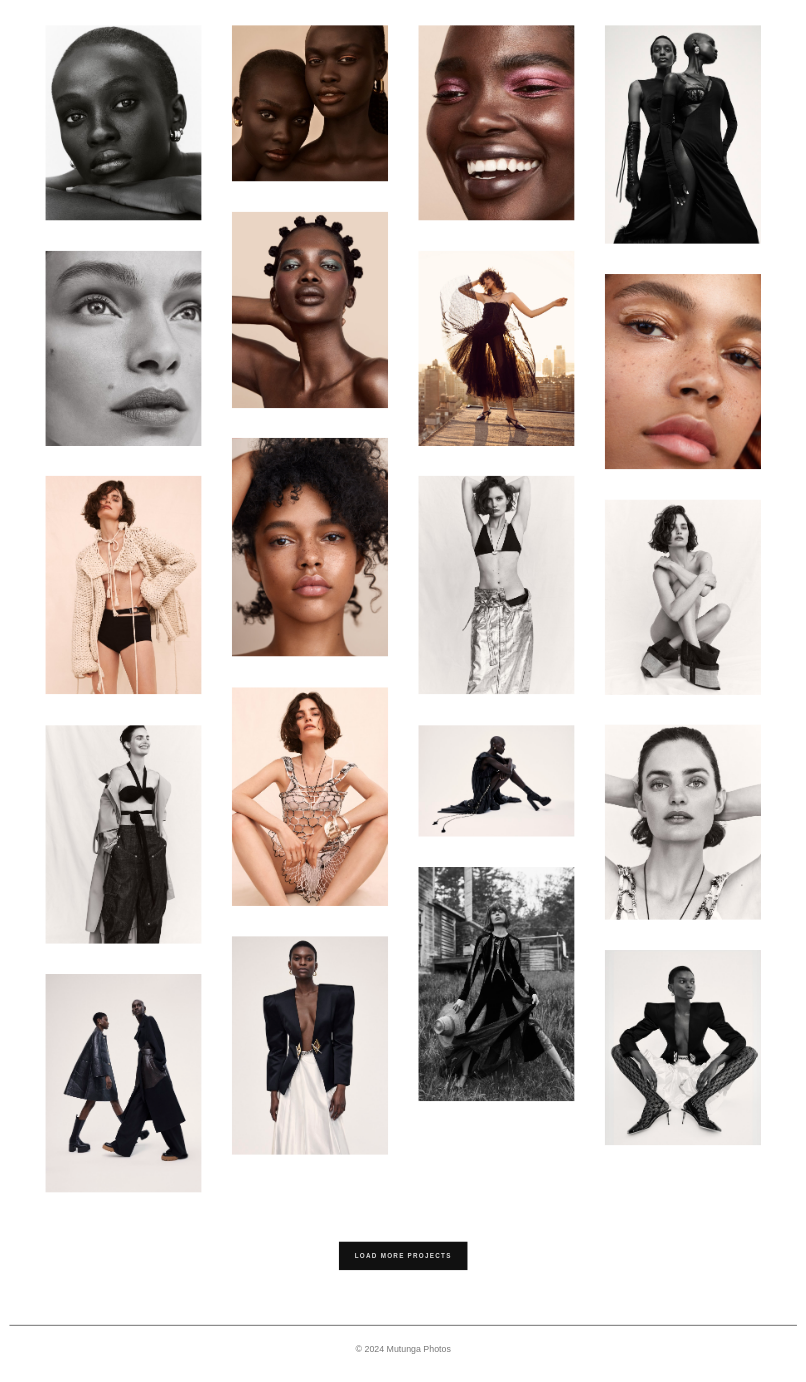
Repository: Jonar254/mutunga-concept-01
Page: index.html
The author's editor kept a copy of each file at every save. The page is drawn from the files as they stood at one save, then again after the next save.
The browser window is 1280 px wide. The pictures show the whole page, at 63% of full size.
Some web fonts or font styles are not loaded; a fallback is used.

Above is the page before, as saved 2024-07-02 19:08:06.

### index.html
<!doctype html>
<!--[if lt IE 7]>      <html class="no-js lt-ie9 lt-ie8 lt-ie7" lang=""> <![endif]-->
<!--[if IE 7]>         <html class="no-js lt-ie9 lt-ie8" lang=""> <![endif]-->
<!--[if IE 8]>         <html class="no-js lt-ie9" lang=""> <![endif]-->
<!--[if gt IE 8]><!--> <html class="no-js" lang="en"> <!--<![endif]-->


<head>
        <meta charset="utf-8">
        <meta name="viewport" content="width=device-width, initial-scale=1">
		<meta name="description" content="">
        <meta name="author" content="IconicThemes">

        <title>Mutunga Photos || Index</title>

		<link rel="shortcut icon" type="image/x-icon" href="img/favicon.png">

        <!-- Font Awesome Icons CSS -->
        <link rel="stylesheet" href="css/font-awesome.min.css">
        <!-- Themify Icons CSS -->
        <link rel="stylesheet" href="css/themify-icons.css">
        <!-- Elegant Font Icons CSS -->
        <link rel="stylesheet" href="css/elegant-font-icons.css">
        <!-- Elegant Line Icons CSS -->
        <link rel="stylesheet" href="css/elegant-line-icons.css">
		<!-- Bootstrap CSS -->
        <link rel="stylesheet" href="css/bootstrap.min.css">
        <!-- CSS Animation -->
        <link rel="stylesheet" href="css/animate.min.css">
		<!-- Venobox CSS -->
        <link rel="stylesheet" href="css/venobox/venobox.css">
		<!-- OWL-Carousel CSS -->
        <link rel="stylesheet" href="css/owl.carousel.css">
        <!-- Slick Nav CSS -->
        <link rel="stylesheet" href="css/slicknav.min.css">
		<!-- Main CSS -->
        <link rel="stylesheet" href="css/main.css">
		<!-- Responsive CSS -->
        <link rel="stylesheet" href="css/responsive.css">

        <script src="js/vendor/modernizr-2.8.3-respond-1.4.2.min.js"></script>
    </head>
    <body>
        <!--[if lt IE 8]>
            <p class="browserupgrade">You are using an <strong>outdated</strong> browser. Please <a href="http://browsehappy.com/">upgrade your browser</a> to improve your experience.</p>
        <![endif]-->

        <div class="site-preloader-wrap">
            <div class="spinner"></div>
        </div><!-- Preloader -->

        <header id="header" class="header-section">
            <div class="container-fluid">
                <div class="row d-flex flex-column align-items-center">
                    <div class="col-12 text-center pt-lg-4">
                        <div class="site-branding">
                            <a href="#"><!--<h2 class="site-title fw-bold"> <span>MUTUNGA</span> <span>PHOTOS</span></h2></a>
                        </div>
                    </div>
                    <div class="col-12 text-center">
                        <ul id="mainmenu" class="nav navbar-nav nav-menu">
                            <li class="nav-item active"><a href="index.html" class="nav-link">Home</a></li>
                            <li class="nav-item"><a href="about.html" class="nav-link">About</a></li>
                            <li class="nav-item"><a href="services.html" class="nav-link">Services</a></li>
                            <li class="nav-item"><a href="portfolio.html" class="nav-link">Portfolio</a></li>

                             <li class="nav-item"><a href="blog.html" class="nav-link">Blog</a>
                                <ul class="submenu">
                                    <li class="nav-item"><a href="blog-single.html" class="nav-link">Blog Single</a></li>
                                </ul>
                            </li>
                            <li class="nav-item"><a href="contact.html" class="nav-link">Contact</a></li>
                        </ul>
                    </div>
                </div>
            </div>
        </header>


       <!--<div class="header-height"></div>-->



        <section class="portfolio-section padding">
        <div class="container-fluid px-lg-5">
            <!-- <div class="row">
                 <ul class="portfolio-filter text-center mb-30">
                     <li class="active" data-filter="*">All</li>
                     <li data-filter=".branding">Branding</li>
                     <li data-filter=".design">Design</li>
                     <li data-filter=".wordpress">Wordpress</li>
                     <li data-filter=".marketing">Marketing</li>
                 </ul> /.Work filter
             </div> -->
             <div class="row portfolio-items">
                 <div class="col-lg-3 col-md-4 col-sm-6 mb-5 px-4 single-item branding design">
                     <div class="portfolio-box">
                         <img src="img/lara (1).jpeg" alt="img">
                         <div class="portfolio-inner">
                             <div class="portfolio-content">
                                 <h3><a href="portfolio-single.html">1</a></h3>
                                 <span>Branding</span>
                             </div>
                         </div>
                     </div>
                 </div><!-- /Portfolio-1 -->
                 <div class="col-lg-3 col-md-4 col-sm-6 mb-5 px-4 single-item design wordpress">
                     <div class="portfolio-box">
                         <img src="img/lara (2).jpeg" alt="img">
                         <div class="portfolio-inner">
                             <div class="portfolio-content">
                                 <h3><a href="portfolio-single.html">2</a></h3>
                                 <span>Design</span>
                             </div>
                         </div>
                     </div>
                 </div><!-- /Portfolio-2 -->
                 <div class="col-lg-3 col-md-4 col-sm-6 mb-5 px-4 single-item wordpress marketing">
                     <div class="portfolio-box">
                         <img src="img/lara (3).jpeg" alt="img">
                         <div class="portfolio-inner">
                             <div class="portfolio-content">
                                 <h3><a href="portfolio-single.html">3</a></h3>
                                 <span>Web Design</span>
                             </div>
                         </div>
                     </div>
                 </div><!-- /Portfolio-3 -->
                 <div class="col-lg-3 col-md-4 col-sm-6 mb-5 px-4 single-item branding marketing">
                     <div class="portfolio-box">
                         <img src="img/lara (17).jpg" alt="img">
                         <div class="portfolio-inner">
                             <div class="portfolio-content">
                                 <h3><a href="portfolio-single.html">4</a></h3>
                                 <span>Website</span>
                             </div>
                         </div>
                     </div>
                 </div><!-- /Portfolio-4 -->
                 <div class="col-lg-3 col-md-4 col-sm-6 mb-5 px-4 single-item design branding">
                     <div class="portfolio-box">
                         <img src="img/lara (5).jpeg" alt="img">
                         <div class="portfolio-inner">
                             <div class="portfolio-content">
                                 <h3><a href="portfolio-single.html">5</a></h3>
                                 <span>Design</span>
                             </div>
                         </div>
                     </div>
                 </div><!-- /Portfolio-5 -->
                 <div class="col-lg-3 col-md-4 col-sm-6 mb-5 px-4 single-item wordpress design">
                     <div class="portfolio-box">
                         <img src="img/lara (6).jpeg" alt="img">
                         <div class="portfolio-inner">
                             <div class="portfolio-content">
                                 <h3><a href="portfolio-single.html">6</a></h3>
                                 <span>Branding</span>
                             </div>
                         </div>
                     </div>
                 </div><!-- /Portfolio-6 -->
                 <div class="col-lg-3 col-md-4 col-sm-6 mb-5 px-4 single-item branding wordpress">
                     <div class="portfolio-box">
                         <img src="img/lara (7).jpeg" alt="img">
                         <div class="portfolio-inner">
                             <div class="portfolio-content">
                                 <h3><a href="portfolio-single.html">7</a></h3>
                                 <span>Website</span>
                             </div>
                         </div>
                     </div>
                 </div><!-- /Portfolio-7 -->
                 <div class="col-lg-3 col-md-4 col-sm-6 mb-5 px-4 single-item design marketing">
                     <div class="portfolio-box">
                         <img src="img/lara (8).jpg" alt="img">
                         <div class="portfolio-inner">
                             <div class="portfolio-content">
                                 <h3><a href="portfolio-single.html">8</a></h3>
                                 <span>Branding</span>
                             </div>
                         </div>
                     </div>
                 </div><!-- /Portfolio-8 -->
                 <div class="col-lg-3 col-md-4 col-sm-6 mb-5 px-4 single-item marketing design">
                     <div class="portfolio-box">
                         <img src="img/lara (9).jpg" alt="img">
                         <div class="portfolio-inner">
                             <div class="portfolio-content">
                                 <h3><a href="portfolio-single.html">9</a></h3>
                                 <span>Design</span>
                             </div>
                         </div>
                     </div>
                 </div><!-- /Portfolio-9 -->
                 <!-- Portfolio Items from 10 to 20 -->
<div class="col-lg-3 col-md-4 col-sm-6 mb-5 px-4 single-item marketing design">
    <div class="portfolio-box">
        <img src="img/lara (10).jpg" alt="img">
        <div class="portfolio-inner">
            <div class="portfolio-content">
                <h3><a href="portfolio-single.html">10</a></h3>
                <span>Design</span>
            </div>
        </div>
    </div>
</div><!-- /Portfolio-10 -->

<div class="col-lg-3 col-md-4 col-sm-6 mb-5 px-4 single-item marketing design">
    <div class="portfolio-box">
        <img src="img/lara (11).jpg" alt="img">
        <div class="portfolio-inner">
            <div class="portfolio-content">
                <h3><a href="portfolio-single.html">11</a></h3>
                <span>Design</span>
            </div>
        </div>
    </div>
</div><!-- /Portfolio-11 -->

<div class="col-lg-3 col-md-4 col-sm-6 mb-5 px-4 single-item marketing design">
    <div class="portfolio-box">
        <img src="img/lara (12).jpg" alt="img">
        <div class="portfolio-inner">
            <div class="portfolio-content">
                <h3><a href="portfolio-single.html">12</a></h3>
                <span>Design</span>
            </div>
        </div>
    </div>
</div><!-- /Portfolio-12 -->

<div class="col-lg-3 col-md-4 col-sm-6 mb-5 px-4 single-item marketing design">
    <div class="portfolio-box">
        <img src="img/lara (13).jpg" alt="img">
        <div class="portfolio-inner">
            <div class="portfolio-content">
                <h3><a href="portfolio-single.html">13</a></h3>
                <span>Design</span>
            </div>
        </div>
    </div>
</div><!-- /Portfolio-13 -->

<div class="col-lg-3 col-md-4 col-sm-6 mb-5 px-4 single-item marketing design">
    <div class="portfolio-box">
        <img src="img/lara (14).jpg" alt="img">
        <div class="portfolio-inner">
            <div class="portfolio-content">
                <h3><a href="portfolio-single.html">14</a></h3>
                <span>Design</span>
            </div>
        </div>
    </div>
</div><!-- /Portfolio-14 -->

<div class="col-lg-3 col-md-4 col-sm-6 mb-5 px-4 single-item marketing design">
    <div class="portfolio-box">
        <img src="img/lara (15).jpg" alt="img">
        <div class="portfolio-inner">
            <div class="portfolio-content">
                <h3><a href="portfolio-single.html">15</a></h3>
                <span>Design</span>
            </div>
        </div>
    </div>
</div><!-- /Portfolio-15 -->

<div class="col-lg-3 col-md-4 col-sm-6 mb-5 px-4 single-item marketing design">
    <div class="portfolio-box">
        <img src="img/lara (16).jpg" alt="img">
        <div class="portfolio-inner">
            <div class="portfolio-content">
                <h3><a href="portfolio-single.html">16</a></h3>
                <span>Design</span>
            </div>
        </div>
    </div>
</div><!-- /Portfolio-16 -->

<div class="col-lg-3 col-md-4 col-sm-6 mb-5 px-4 single-item marketing design">
    <div class="portfolio-box">
        <img src="img/lara (4).jpg" alt="img">
        <div class="portfolio-inner">
            <div class="portfolio-content">
                <h3><a href="portfolio-single.html">17</a></h3>
                <span>Design</span>
            </div>
        </div>
    </div>
</div><!-- /Portfolio-17 -->

<div class="col-lg-3 col-md-4 col-sm-6 mb-5 px-4 single-item marketing design">
    <div class="portfolio-box">
        <img src="img/lara (18).jpg" alt="img">
        <div class="portfolio-inner">
            <div the "portfolio-content">
                <h3><a href="portfolio-single.html">18</a></h3>
                <span>Design</span>
            </div>
        </div>
    </div>
</div><!-- /Portfolio-18 -->

<div class="col-lg-3 col-md-4 col-sm-6 mb-5 px-4 single-item marketing design">
    <div class="portfolio-box">
        <img src="img/lara (19).jpg" alt="img">
        <div class="portfolio-inner">
            <div class="portfolio-content">
                <h3><a href="portfolio-single.html">19</a></h3>
                <span>Design</span>
            </div>
        </div>
    </div>
</div><!-- /Portfolio-19 -->

<div class="col-lg-3 col-md-4 col-sm-6 mb-5 px-4 single-item marketing design">
    <div class="portfolio-box">
        <img src="img/lara (20).jpg" alt="img">
        <div class="portfolio-inner">
            <div the "portfolio-content">
                <h3><a href="portfolio-single.html">20</a></h3>
                <span>Design</span>
            </div>
        </div>
    </div>
</div><!-- /Portfolio-20 -->

             </div>
             <div class="load-more-btn text-center mt-30">
                 <a href="#" class="default-btn">Load More Projects</a>
             </div>
         </div>
        </section>

<!--
        <section class="footer-widget-section padding">
            <div class="container">
                <div class="row">
                    <div class="col-md-4 col-sm-6 xs-padding">
                        <div class="footer-widget">
                            <h2 class="text-white">Stela.</h2>
                            <div class="sep"></div>
                            <p class="mb-0">Stela will help you to make any website like creative startups, professional photographer, portfolio agency or other business very easily as it has been coded in Bootstrap and CSS3.</p>
                        </div>
                    </div>
                    <div class="col-md-4 col-sm-6 xs-padding">
                        <div class="footer-widget">
                            <ul class="address">
                                <li><i class="fa fa-phone"></i> <a href="mailto:+12345678905">+1234 567 8905</a></li>
                                <li><i class="fa fa-envelope-o"></i> <a href="mailto:email@yourdomain.com">email@yourdomain.com</a></li>
                                <li><i class="fa fa-map-marker"></i> 60 Grand Avenue. Central New Road 0708, USA</li>
                            </ul>
                            <ul class="social-icon">
                                <li class="facebook"><a href="#"><i class="fa fa-facebook"></i></a></li>
                                <li class="twitter"><a href="#"><i class="fa fa-twitter"></i></a></li>
                                <li class="instagram"><a href="#"><i class="fa fa-instagram"></i></a></li>
                                <li class="pinterest"><a href="#"><i class="fa fa-pinterest"></i></a></li>
                                <li class="dribbble"><a href="#"><i class="fa fa-dribbble"></i></a></li>
                            </ul>
                        </div>
                    </div>
                    <div class="col-md-4 col-sm-6 xs-padding">
                        <div class="footer-widget">
                            <h2 class="text-white">About me.</h2>
                            <div class="sep"></div>
                            <p class="mb-0">I believe that every client Business more management is a holistic management approach focused on aligning all aspects organization with the wants and needs of clients.</p>
                        </div>
                    </div>
                </div>
            </div>
        </section><!-- /.footer-widget-section -->

        <footer class="copyright-text text-center">
            <div class="container">
                <p>&copy; 2024 Mutunga Photos</p>
            </div>
        </footer><!-- /.copyright-text -->

		<a data-scroll href="#header" id="scroll-to-top"><i class="arrow_up"></i></a>

		<!-- jQuery Lib -->
		<script src="js/vendor/jquery-1.12.4.min.js"></script>
		<!-- Bootstrap JS -->
		<script src="js/vendor/bootstrap.min.js"></script>
		<!-- Tether JS -->
		<script src="js/vendor/tether.min.js"></script>
        <!-- Imagesloaded JS -->
        <script src="js/vendor/imagesloaded.pkgd.min.js"></script>
		<!-- OWL-Carousel JS -->
		<script src="js/vendor/owl.carousel.min.js"></script>
		<!-- isotope JS -->
		<script src="js/vendor/jquery.isotope.v3.0.2.js"></script>
		<!-- Smooth Scroll JS -->
		<script src="js/vendor/smooth-scroll.min.js"></script>
		<!-- venobox JS -->
		<script src="js/vendor/venobox.min.js"></script>
        <!-- Slick Nav JS -->
        <script src="js/vendor/jquery.slicknav.min.js"></script>
        <!-- Wow JS -->
		<script src="js/vendor/wow.min.js"></script>
		<!-- Contact JS -->
		<script src="js/contact.js"></script>
		<!-- Main JS -->
		<script src="js/main.js"></script>

    </body>

</html>

### css/responsive.css
/* Charitify Theme Responsive Design */

@media (max-width: 1024px) {
   .skill-content {
    padding: 29px 20px;
}

/* ---- Start of max-width 992px CSS ---- */
@media (max-width: 992px) {
    .sm-padding{
        padding: 15px;
    }
    ul.nav > li > a {
        font-size: 10px;
        padding: 0 5px;
    }
    .blog-content p{
        font-size: 12px;
    }
    .blog-items{
        padding: 0 10px;
    }
    .list-items .blog-post .col-md-6:first-child{
        padding-left: 15px;
    }
    .bottom-header .default-btn{
        display: none;
    }
    #mainmenu li{
        padding-left: 15px;
    }
    .hero-content h1{
        font-size: 36px;
    }
    .about-bg {
        margin-bottom: 30px;
    }
    .comments-list .comment-box {
        width: 80%;
    }
    .reply-list .comment-box{
        width: 80%;
    }
    .social-icon li{
        margin-bottom: 10px;
    }

}
/* ---- End of max-width 992px CSS ---- */


/* ---- Start of min-width 480px and max-width 768px CSS ---- */
@media all and (min-width: 480px) and (max-width: 768px) {

}
/* ---- End of min-width 480px and max-width 768px CSS ---- */


/* ---- Start of max-width 767px CSS ---- */
@media all and (max-width: 767px) {
    body, p{
        font-size: 12px;
        line-height: 22px;
    }
    h1{
        font-size: 30px;
        line-height: 40px;
    }
    h2 br,
    h1 br{
        display: none;
    }
    h2{
        font-size: 20px;
    }
    h3{
        font-size: 16px;
    }
    p br{
        display: none;
    }
    .hero-section,
    .page-header.
    .padding{
        padding: 60px 0;
    }
    .portfolio-section{ padding-top: 0; }
    .xs-padding{
    	padding: 15px;
    }
    .site-branding {
        padding: 17px 0;
    }
    .js #mainmenu {
        display:none;
    }
    .js .slicknav_menu {
        display:block;
    }
    .main-header .social-icon{
        display: none;
    }
    #scroll-to-top {
        width: 35px;
        height: 35px;
        font-size: 10px;
        line-height: 35px;
        bottom: 20px;
        right: 20px;
    }
}
/* ---- End of max-width 767px CSS ---- */


/* ---- Start of max-width 580px CSS ---- */
@media all and (max-width: 580px) {
    .coment-form .form-group .col-sm-4{
        margin-bottom: 15px;
        margin-top: auto;
    }
    .comment-form .form-group .col-sm-4:nth-child(1),
    .comment-form .form-group .col-sm-4:nth-child(2){
        margin-bottom: 15px;
    }
    .slider-text h1{
        font-size: 16px;
    }
    .slider-text p{
        display: none;
    }
    .top-content-wrap ul li{
        margin-right: 18px;
    }
    .reply-list {
        padding-left: 20px;
    }

}
/* ---- End of max-width 580px CSS ---- */


/* ---- Start of max-width 420px CSS ---- */
@media all and (max-width: 420px) {

}
/* ---- End of max-width 420px CSS ---- */


/* ---- Start of max-width 380px CSS ---- */
@media all and (max-width: 380px) {
	.slider_content .btn_group a {
        margin: 0 10px 10px 0;
    }
}
/* ---- End of max-width 380px CSS ---- */

Loaded but not shown: css/font-awesome.min.css (library); css/themify-icons.css (library); css/bootstrap.min.css (library); css/animate.min.css (library); css/venobox/venobox.css (common file); css/owl.carousel.css (library); css/slicknav.min.css (common file); js/vendor/modernizr-2.8.3-respond-1.4.2.min.js (library); js/vendor/jquery-1.12.4.min.js (library); js/vendor/bootstrap.min.js (library); js/vendor/tether.min.js (library); js/vendor/imagesloaded.pkgd.min.js (library); js/vendor/owl.carousel.min.js (library); js/vendor/jquery.isotope.v3.0.2.js (library); js/vendor/smooth-scroll.min.js (library); js/vendor/venobox.min.js (library); js/vendor/jquery.slicknav.min.js (library); js/vendor/wow.min.js (library); js/main.js (164 lines, source omitted); js/contact.js (49 lines, source omitted); css/main.css (1443 lines, source omitted); css/elegant-font-icons.css (1157 lines, source omitted); css/elegant-line-icons.css (343 lines, source omitted)

After the next save:
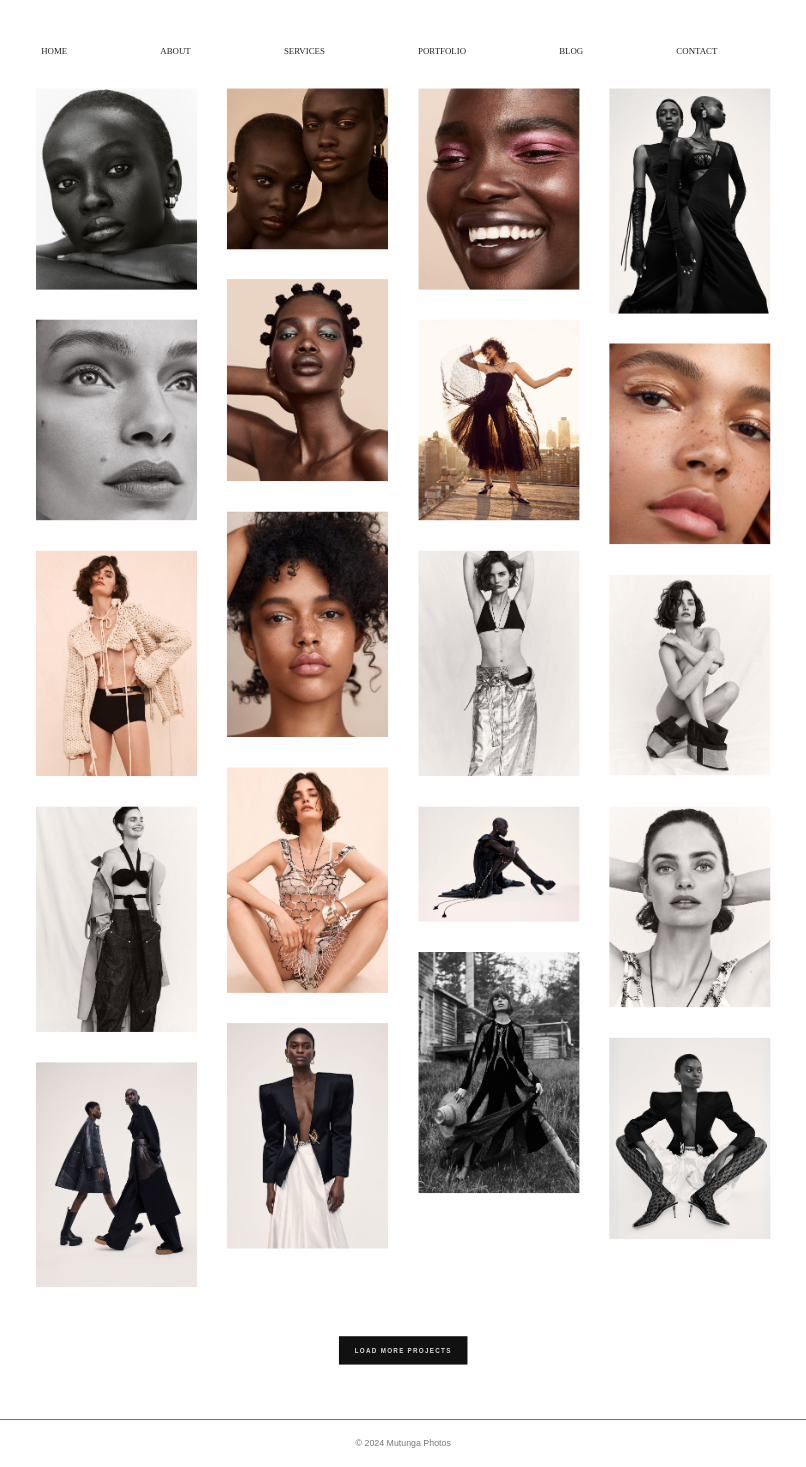
Saved 7 s later.
--- a/index.html
+++ b/index.html
@@ -54,7 +54,7 @@
                 <div class="row d-flex flex-column align-items-center">
                     <div class="col-12 text-center pt-lg-4">
                         <div class="site-branding">
-                            <a href="#"><!--<h2 class="site-title fw-bold"> <span>MUTUNGA</span> <span>PHOTOS</span></h2></a>
+                            <a href="#"><!--<h2 class="site-title fw-bold"> <span>MUTUNGA</span> <span>PHOTOS</span></h2>--></a>
                         </div>
                     </div>
                     <div class="col-12 text-center">
